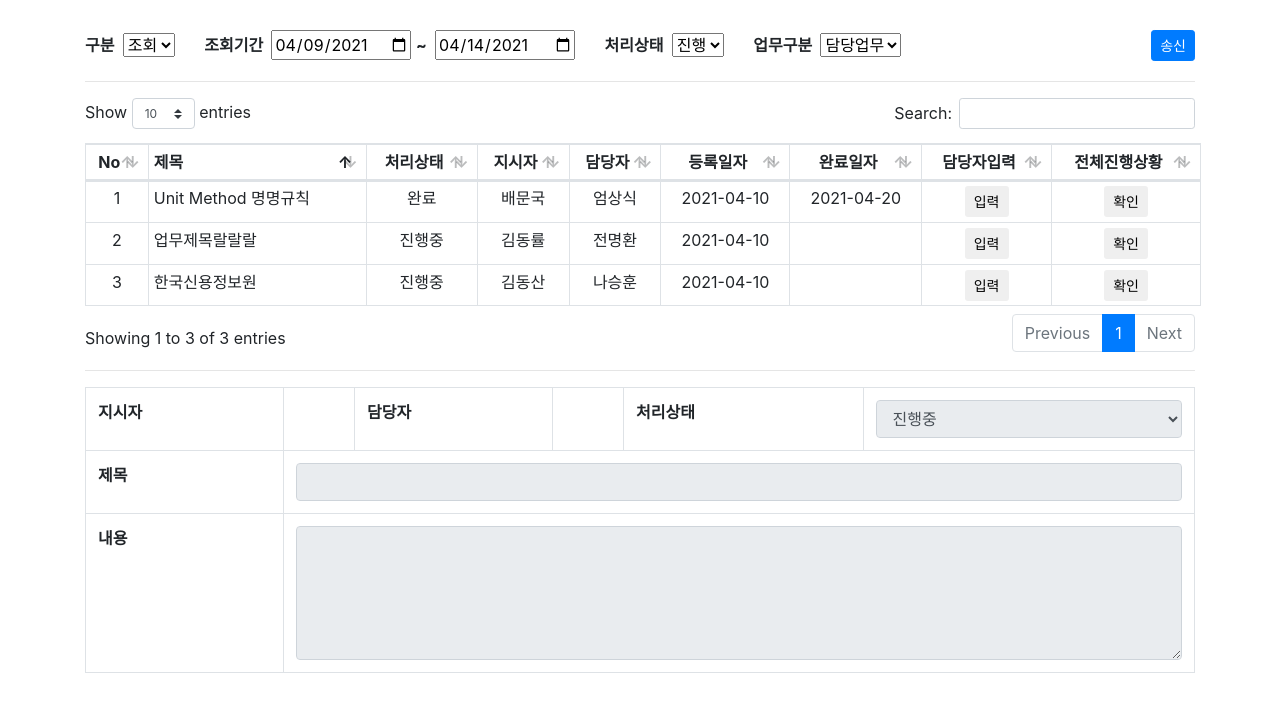
Repository: jungtaeyong/FSB_Project
Page: http://localhost/FsbJobMgt/main.jsp
The author's editor kept a copy of each file at every save. The page is drawn from the files as they stood at one save, then again after the next save.
The browser window is 1280 px wide. The pictures show the whole page.
The page is served by Tomcat 9.

Above is the page before, as saved 2021-04-15 05:55:48.

After the next save:
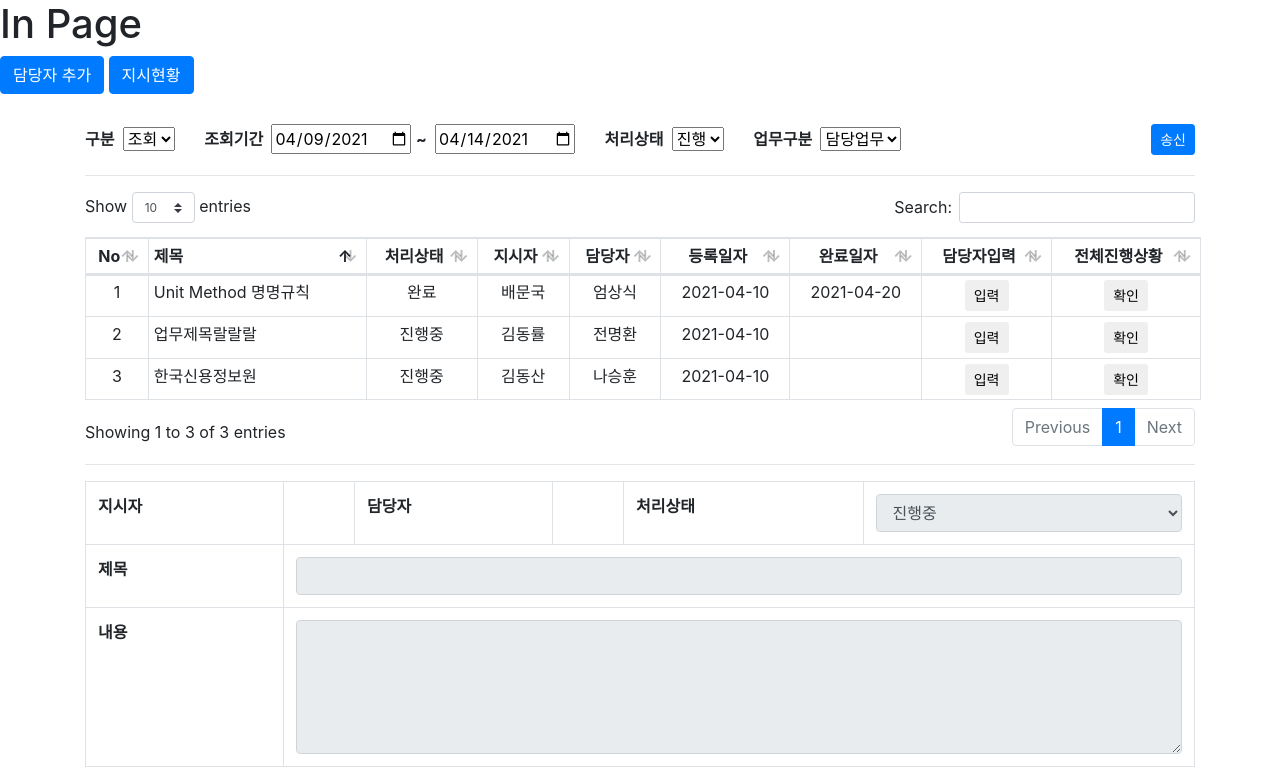
Saved 5 min 46 s later.
--- a/FsbJobMgt/WebContent/main.jsp
+++ b/FsbJobMgt/WebContent/main.jsp
@@ -1,4 +1,6 @@
 <%@ page language="java" contentType="text/html; charset=EUC-KR" pageEncoding="EUC-KR"%>
+<%@ include file="/modal1_Adding.jsp" %>
+
 <!DOCTYPE html PUBLIC "-//W3C//DTD HTML 4.01 Transitional//EN" "http://www.w3.org/TR/html4/loose.dtd">
 <html>
 <head>
